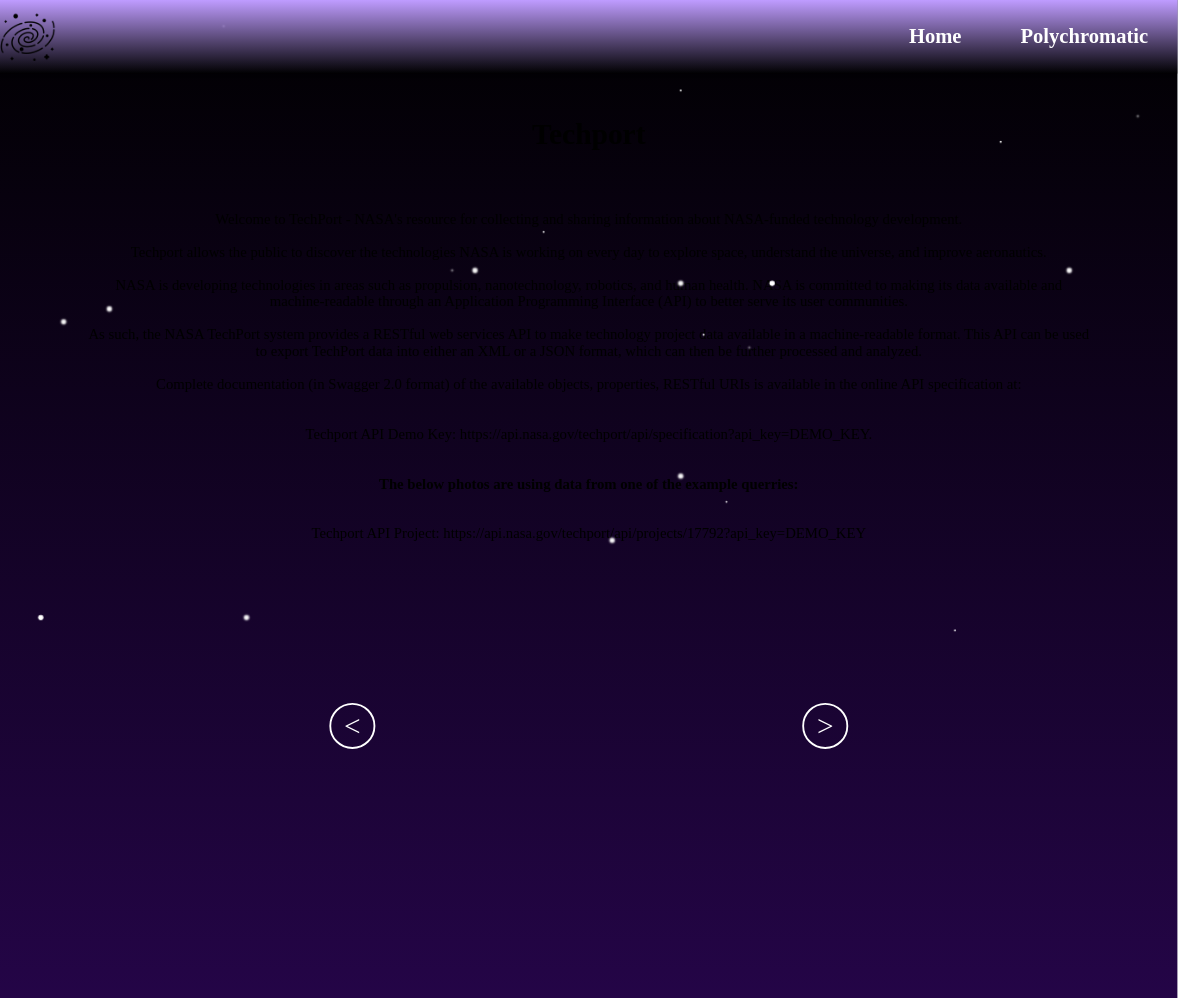
Repository: KayceeNguyen/DAI_W07_NASA
Page: /
These files come from the project's save history. The page is drawn as it stood at one moment and after the next save; the edit follows.
The browser window is 1280 px wide. The pictures show the whole page, at 92% of full size.
The page's requests for data from a server got no answer. The project was rebuilt for these pictures with package versions that can differ from the ones it lists, and the page was loaded fresh each time. The framework's server and built-in components were replaced by stand-ins that run in the browser. No one was signed in, and anything a server would have sent is missing. Also part of the build but not shown: next.config.js.

Above is the page before, as saved 2023-02-17 00:49:59.

After the next save:
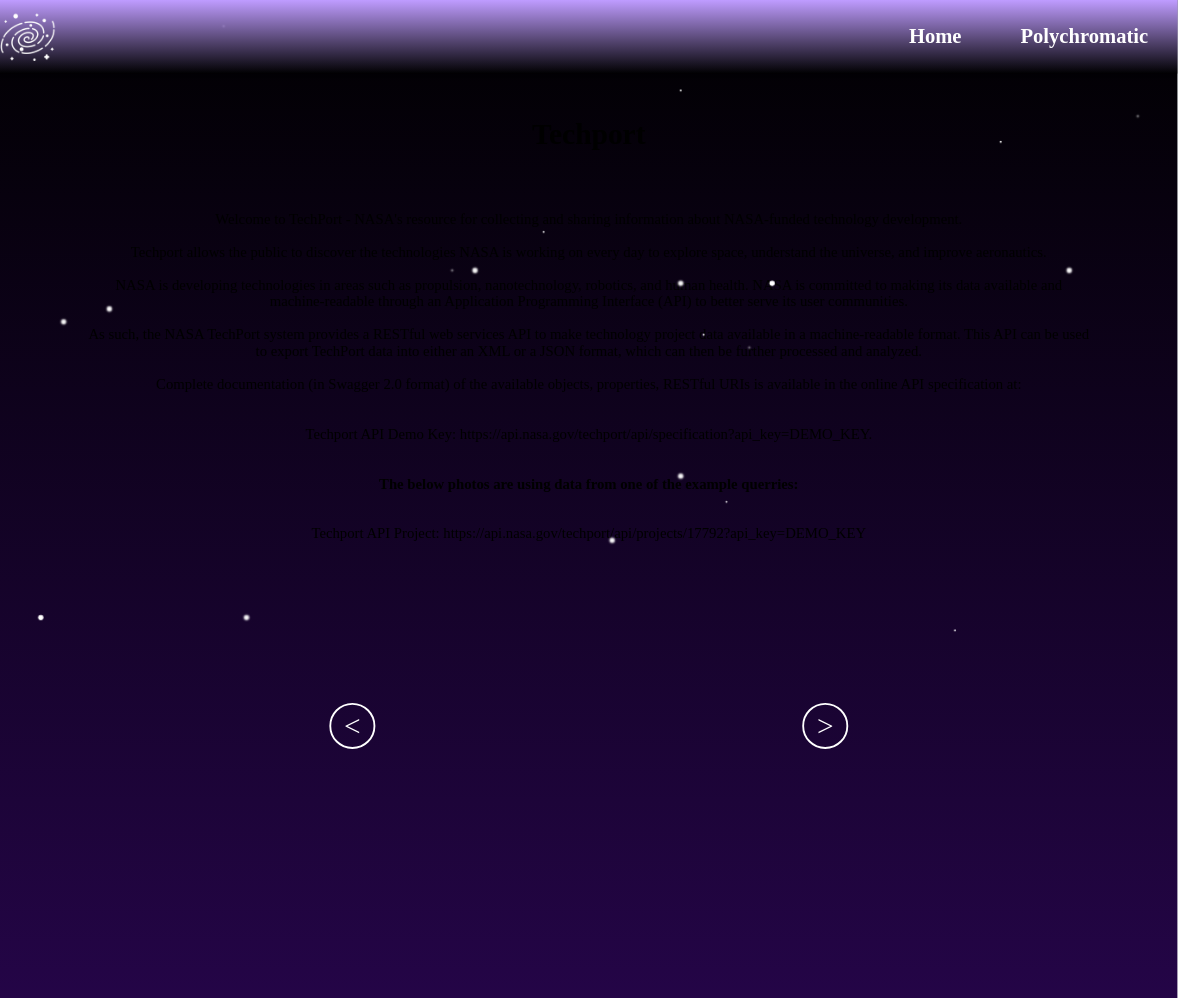
Saved 78 s later.
--- a/styles/Home.module.css
+++ b/styles/Home.module.css
@@ -299,6 +299,10 @@
   box-shadow: 0 2px 4px rgba(0, 0, 0, 0.1);
 }
 
+.headerIcon {
+  filter: brightness(0) invert(1);
+}
+
 .nav {
   display: flex;
   justify-content: space-between;
